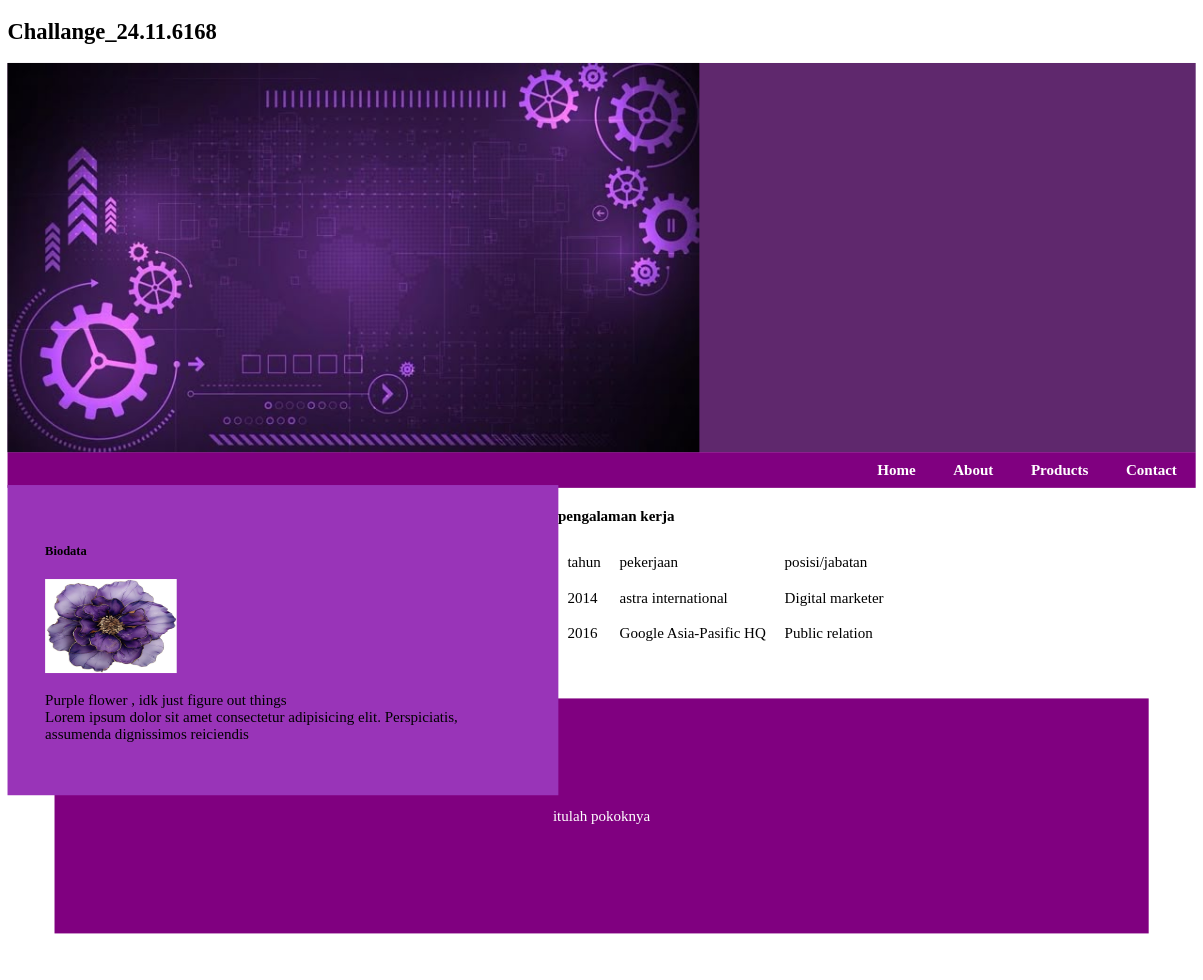
Repository: Ms-Ulfiyahrustam/p5_pemogramanweb
Page: index.html
These files come from the project's save history. The page is drawn as it stood at one moment and after the next save; the edit follows.
The browser window is 1280 px wide. The pictures show the whole page, at 94% of full size.

Above is the page before, as saved 2026-04-27 10:01:03.

### index.html
<!DOCTYPE html>
<html lang="en">
<head>
    <meta charset="UTF-8">
    <meta name="viewport" content="width=device-width, initial-scale=1.0">
    <link rel="stylesheet" href="style.css">
    <title>Document</title>
</head>
<body class="">
    <h2>Challange_24.11.6168</h2>
    <div class="flex-container">
        <img src="download.jpg" alt="">
    </div>
    <div class="leftside">
        <h5>Biodata</h5>
        <img src="purple.jpg" alt="" width="140" height="100" >
        <p>Purple flower , idk just figure out things <br>
            Lorem ipsum dolor sit amet consectetur adipisicing elit. Perspiciatis, assumenda dignissimos reiciendis  <br>
        </p>
    </div>
    <div class="midplace">
<nav class="menu">
  <ul>
    <li><a href="#">Home</a></li>
    <li><a href="#">About</a></li>
    <li><a href="#">Products</a></li>
    <li><a href="#">Contact</a></li>
  </ul>
</nav>
        </div>

        <div class="rightside">
            <h4>pengalaman kerja</h4>
            <table cellspacing="0" cellpadding="10" colspan="3" >
                    <tr >
                        <td>tahun</td>
                        <td> pekerjaan</td>
                        <td>posisi/jabatan</td>
                    </tr>
                    <tr >
                        <td>2014</td>
                        <td>astra international</td>
                        <td>Digital marketer</td>
                    </tr>

                    <tr>
                        <td>2016</td>
                        <td>Google Asia-Pasific HQ</td>
                        <td>Public relation</td>
                    </tr>
            </table>
        </div>


        <footer class="footer">
            <p>itulah pokoknya</p>
        </footer>
</body>
</html>

### style.css


.flex-container{
    display: flex;
    background-color: rgb(95, 40, 109);
    margin: auto;
}

.leftside{

    float:left;
    background-color: rgb(153, 52, 184);
    margin-top: 35px;
    width:40%;
    height: 40%;
    padding: 40px;


}

leftside img{
    justify-content: center;
}

.rightside{
    justify-content: right;
}

.rightside h5 {
    justify-content: center;
    margin: auto;
    padding: 10px;
}


.midplace{
    background-color: purple;
    color: azure;

}

.menu {
  background-color: purple;
  padding: 10px 0;
}

.menu ul {
  display: flex;
  justify-content: right;
  list-style: none;
  margin: 0;
  padding: 0;
}

.menu li {
  margin: 0 20px;
}

.menu a {
  text-decoration: none;
  color: white;
  font-weight: bold;
}

.footer {
    background-color :purple;
    padding: 100px;
    margin: 50px;
    text-align: center;
    color : white;
}

After the next save:
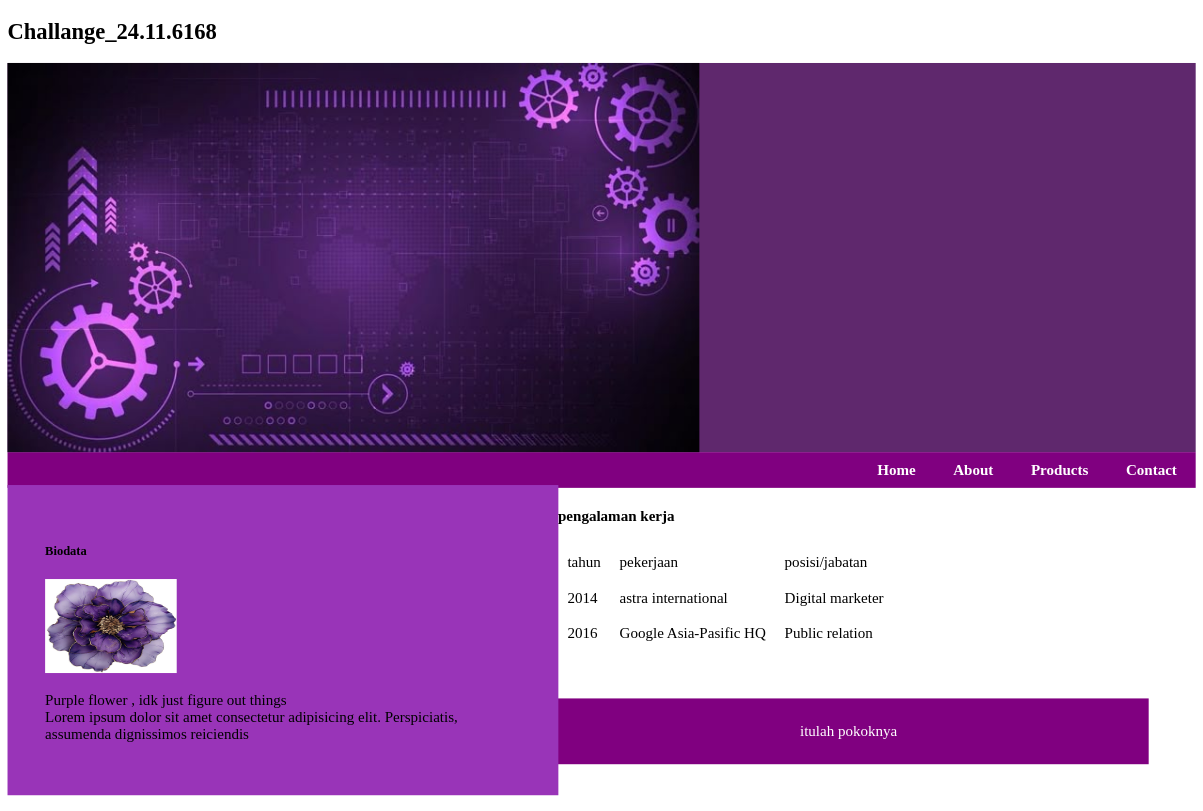
Saved 8 s later.
--- a/style.css
+++ b/style.css
@@ -64,7 +64,7 @@ leftside img{
 
 .footer {
     background-color :purple;
-    padding: 100px;
+    padding: 10px;
     margin: 50px;
     text-align: center;
     color : white;
